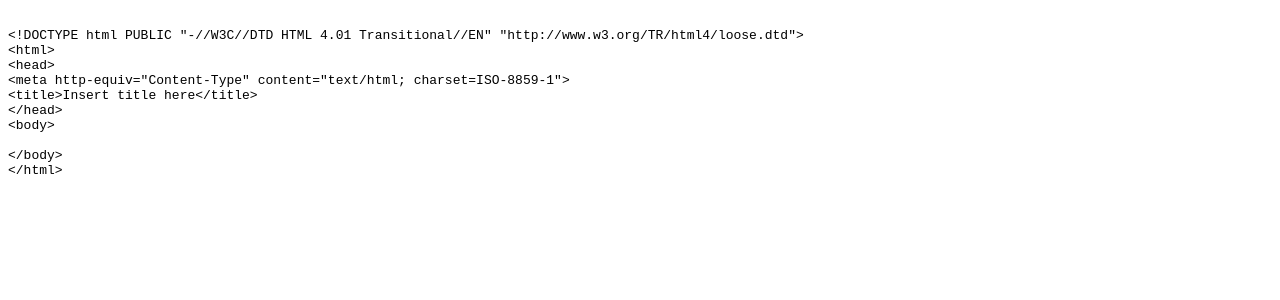
Repository: ananthi024/eCommerce-Project
Page: http://localhost/ClassyMissyFrontend/WEB-INF/views/Logout.jsp
An editor plug-in stored every save of this project. The page is shown before and after the next save, followed by the edit.
The browser window is 1280 px wide. The pictures show the whole page.
The page is served by Tomcat 9. Nobody is signed in. Other server files are loaded and not shown. The template is opened directly, without the code that normally fills it, so the values that code supplies are empty.

Above is the page before, as saved 2017-07-10 10:08:41.

### 11th July/MyProject/ClassyMissyFrontend/src/main/webapp/WEB-INF/views/Logout.jsp
<%@ page language="java" contentType="text/"%>
<!DOCTYPE html PUBLIC "-//W3C//DTD HTML 4.01 Transitional//EN" "http://www.w3.org/TR/html4/loose.dtd">
<html>
<head>
<meta http-equiv="Content-Type" content="text/html; charset=ISO-8859-1">
<title>Insert title here</title>
</head>
<body>

</body>
</html>

After the next save:
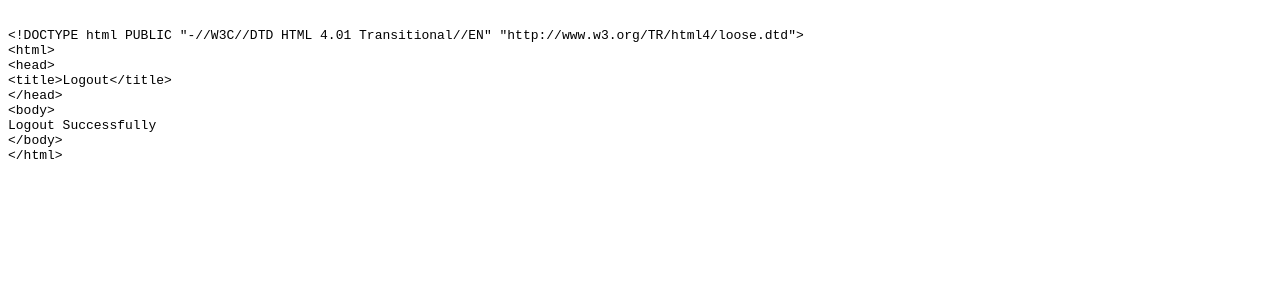
Saved 59 s later.
--- a/11th July/MyProject/ClassyMissyFrontend/src/main/webapp/WEB-INF/views/Logout.jsp
+++ b/11th July/MyProject/ClassyMissyFrontend/src/main/webapp/WEB-INF/views/Logout.jsp
@@ -2,10 +2,9 @@
 <!DOCTYPE html PUBLIC "-//W3C//DTD HTML 4.01 Transitional//EN" "http://www.w3.org/TR/html4/loose.dtd">
 <html>
 <head>
-<meta http-equiv="Content-Type" content="text/html; charset=ISO-8859-1">
-<title>Insert title here</title>
+<title>Logout</title>
 </head>
 <body>
-
+Logout Successfully
 </body>
 </html>
